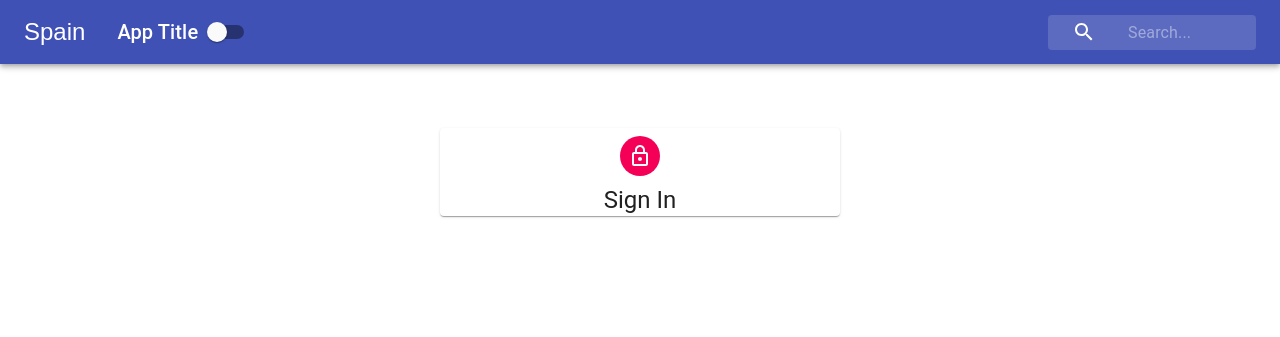
Repository: zhapar/context
Page: /
These files come from the project's save history. The page is drawn as it stood at one moment and after the next save; the edit follows.
The browser window is 1280 px wide. The pictures show the whole page.
The project was rebuilt for these pictures with package versions that can differ from the ones it lists, and the page was loaded fresh each time.

Above is the page before, as saved 2020-09-29 08:22:15.

### src/App.js
import React from "react";
import Navbar from "./Navbar";
import Form from "./Form";

function App() {
  return (
    <>
      <Navbar />
      <Form />
    </>
  );
}

export default App;

### src/Navbar.js
import React, { Component } from "react";
import AppBar from "@material-ui/core/AppBar";
import Toolbar from "@material-ui/core/Toolbar";
import IconButton from "@material-ui/core/IconButton";
import Typography from "@material-ui/core/Typography";
import InputBase from "@material-ui/core/InputBase";
import SearchIcon from "@material-ui/icons/Search";
import Switch from "@material-ui/core/Switch";
import { withStyles } from "@material-ui/core/styles";
import styles from "./styles/NavBarStyles";

class Navbar extends Component {
  render() {
    const { classes } = this.props;
    return (
      <div className={classes.root}>
        <AppBar position="static" color="primary">
          <Toolbar>
            <IconButton className={classes.menuButton} color="inherit">
              <span>Spain</span>
            </IconButton>
            <Typography className={classes.title} variant="h6" color="inherit">
              App Title
            </Typography>
            <Switch />
            <div className={classes.grow}></div>
            <div className={classes.search}>
              <div className={classes.searchIcon}>
                <SearchIcon />
              </div>
              <InputBase
                placeholder="Search..."
                classes={{
                  root: classes.inputRoot,
                  input: classes.inputInput,
                }}
              />
            </div>
          </Toolbar>
        </AppBar>
      </div>
    );
  }
}

export default withStyles(styles)(Navbar);

### src/Form.js
import React, { Component } from "react";
import Avatar from "@material-ui/core/Avatar";
import Button from "@material-ui/core/Button";
import CssBaseline from "@material-ui/core/CssBaseline";
import FormControl from "@material-ui/core/FormControl";
import FormControlLabel from "@material-ui/core/FormControlLabel";
import Checkbox from "@material-ui/core/Checkbox";
import Input from "@material-ui/core/Input";
import InputLabel from "@material-ui/core/InputLabel";
import LockOutlinedIcon from "@material-ui/icons/LockOutlined";
import Paper from "@material-ui/core/Paper";
import Typography from "@material-ui/core/Typography";
import MenuItem from "@material-ui/core/MenuItem";
import Select from "@material-ui/core/Select";
import withStyles from "@material-ui/core/styles/withStyles";
import styles from "./styles/FormStyles";

class Form extends Component {
  render() {
    const { classes } = this.props;
    return (
      <main className={classes.main}>
        <Paper className={classes.paper}>
          <Avatar className={classes.avatar}>
            <LockOutlinedIcon />
          </Avatar>
          <Typography variant="h5">Sign In</Typography>
        </Paper>
      </main>
    );
  }
}

export default withStyles(styles)(Form);

### src/styles/NavBarStyles.js
import { fade } from "@material-ui/core/styles/colorManipulator";

const styles = (theme) => ({
  root: {
    width: "100%",
    marginBottom: 0,
  },
  grow: {
    flexGrow: 1,
  },
  menuButton: {
    marginLeft: "-12px",
    marginRight: "20px",
  },
  title: {
    display: "none",
    [theme.breakpoints.up("sm")]: {
      display: "block",
    },
  },
  search: {
    position: "relative",
    borderRadius: theme.shape.borderRadius,
    backgroundColor: fade(theme.palette.common.white, 0.15),
    "&:hover": {
      backgroundColor: fade(theme.palette.common.white, 0.25),
    },
    marginLeft: 0,
    width: "100%",
    [theme.breakpoints.up("sm")]: {
      marginLeft: theme.spacing.unit,
      width: "auto",
    },
  },
  searchIcon: {
    width: theme.spacing.unit * 9,
    height: "100%",
    position: "absolute",
    display: "flex",
    alignItems: "center",
    justifyContent: "center",
  },
  inputRoot: {
    color: "inherit",
    width: "100%",
  },
  inputInput: {
    paddingTop: theme.spacing.unit,
    paddingRight: theme.spacing.unit,
    paddingBottom: theme.spacing.unit,
    paddingLeft: theme.spacing.unit * 10,
    transition: theme.transitions.create("width"),
    width: "100%",
    [theme.breakpoints.up("sm")]: {
      width: "120px",
      "&:focus": {
        width: "200px",
      },
    },
  },
});

export default styles;

### src/styles/FormStyles.js
const styles = (theme) => ({
  main: {
    width: "auto",
    display: "block",
    marginLeft: theme.spacing.unit * 3,
    marginRight: theme.spacing.unit * 3,
    [theme.breakpoints.up("md")]: {
      width: 400,
      marginLeft: "auto",
      marginRight: "auto",
    },
  },
  paper: {
    marginTop: theme.spacing.unit * 8,
    display: "flex",
    flexDirection: "column",
    alignItems: "center",
  },
  avatar: {
    margin: theme.spacing.unit,
    backgroundColor: theme.palette.secondary.main,
  },
});

export default styles;

Loaded but not shown: public/index.html (common file); src/index.js (common file); src/index.css (common file); src/serviceWorker.js (common file)

After the next save:
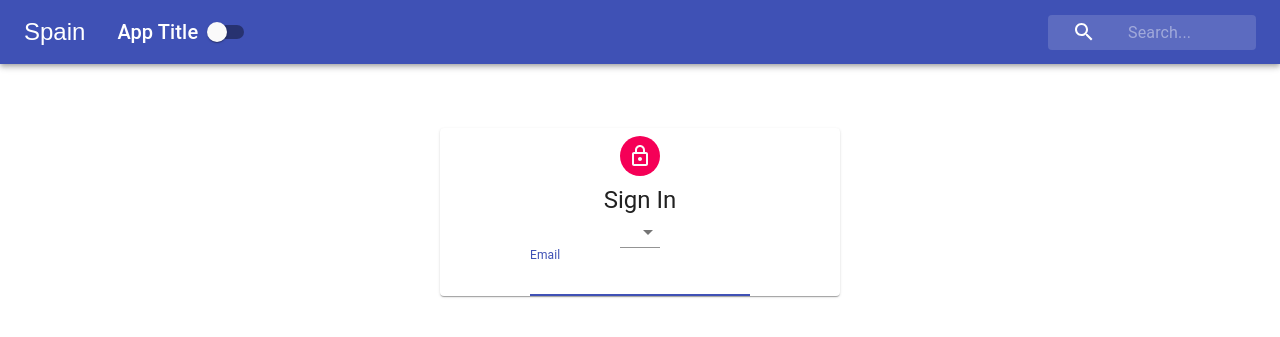
Saved 2 min 30 s later.
--- a/src/Form.js
+++ b/src/Form.js
@@ -25,6 +25,17 @@ class Form extends Component {
             <LockOutlinedIcon />
           </Avatar>
           <Typography variant="h5">Sign In</Typography>
+          <Select>
+            <MenuItem>English</MenuItem>
+            <MenuItem>French</MenuItem>
+            <MenuItem>Spanish</MenuItem>
+          </Select>
+          <form className={classes.form}>
+            <FormControl>
+              <InputLabel htmlFor="email">Email</InputLabel>
+              <Input id="email" name="email" autoFocus />
+            </FormControl>
+          </form>
         </Paper>
       </main>
     );
